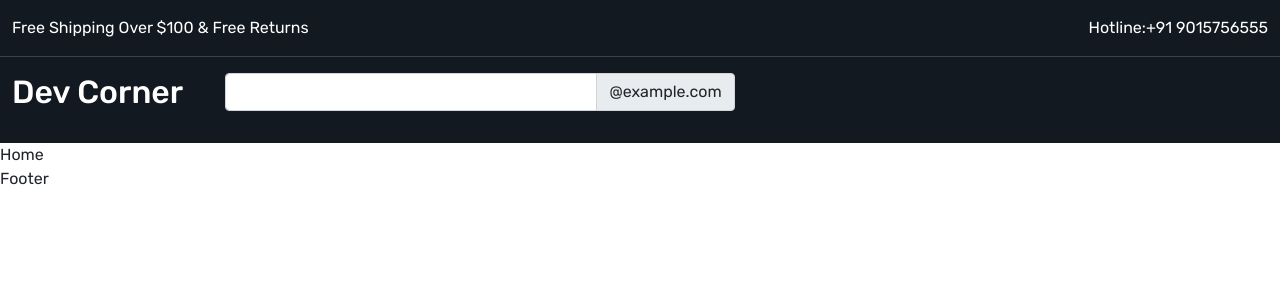
Repository: anamikatomar21/demo
Page: /
An editor plug-in stored every save of this project. The page is shown before and after a run of saves, followed by the edit.
The browser window is 1280 px wide. The pictures show the whole page.
The project was rebuilt for these pictures with package versions that can differ from the ones it lists, and the page was loaded fresh each time. Also part of the build but not shown: src/pages/About.js, src/pages/Contact.js.

Above is the page before, as saved 2023-05-13 14:12:20.

After the next 2 saves:
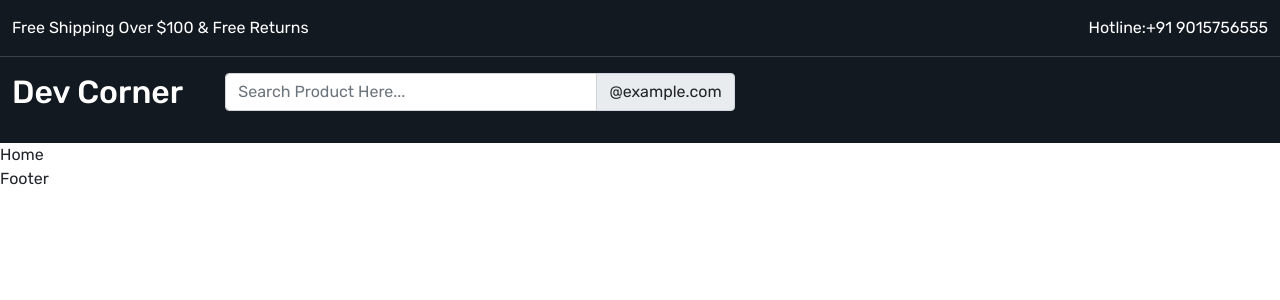
The 2 saves are shown as one change because they came seconds apart.
The last was saved 13 s later.
--- a/src/components/Header.js
+++ b/src/components/Header.js
@@ -37,8 +37,8 @@
                 <input
                   type="text"
                   class="form-control"
-                  placeholder=""
-                  aria-label=""
+                  placeholder="Search Product Here..."
+                  aria-label="Search Product Here..."
                   aria-describedby="basic-addon2"
                 />
                 <span className="input-group-text" id="basic-addon2">
